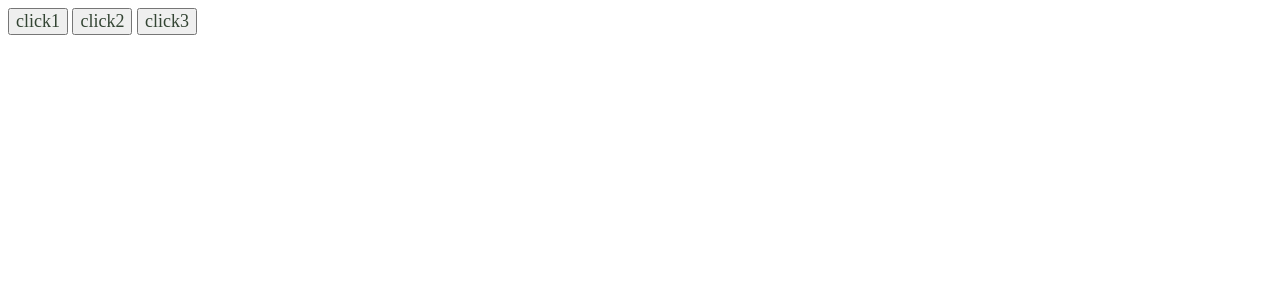
Repository: youngsik0405/Web-study
Page: JsonApp/WebContent/JsonTest07.html
The author's editor kept a copy of each file at every save. The page is drawn from the files as they stood at one save, then again after the next save.
The browser window is 1280 px wide. The pictures show the whole page.

Above is the page before, as saved 2025-02-05 02:36:35.

### JsonApp/WebContent/JsonTest07.html
<!DOCTYPE html>
<html>
<head>
<meta charset="UTF-8">
<title>JsonTest07.html</title>
<link rel="stylesheet" type="text/css" href="css/main.css">
<script type="text/javascript">

	var myJsonObject7 =
	[
		"test"
	]

	var myJsonObject7_1 =
	[
		"test1", "test2"
	]

	var myJsonObject7_2 =
	[
		"test1", "test2", 123, 123+1
	]

</script>


</head>
<body>

<form>

	<input type="button" value="click1" onclick="alert(myJsonObject7)">
	<!-- test -->

	<input type="button" value="click2" onclick="alert(myJsonObject7_1)">
	<!-- test1, test2 -->

	<input type="button" value="click3" onclick="alert(myJsonObject7_2)">
	<!-- test1, test2, 123, 124 -->

	<br><br>

</form>



</body>
</html>

### JsonApp/WebContent/css/main.css
@charset "UTF-8";

/* main.css */

*
{
	font-family: 맑은 고딕;
	color: #334433;
}

body, p, div, span, input, table, th, td, select
{
	font-size: 18px;
}

.control
{
	border: 1px solid gray;
	border-radius: 3px;
}

.table
{
	border-collapse: collapse;
	width: 100%;
}

.table th, .table td
{
	border: 1px solid gray;
	border-left: 0px;
	border-right: 0px;
	padding: 3px;
	line-height: 150%;
}

.table th
{
	font-weight: bold;
	background-color: #eeeeee;
}

.btn
{
	font-weight: bold;
}

.btn:hover
{
	color: white;
	background-color: #778877;
}

After the next save:
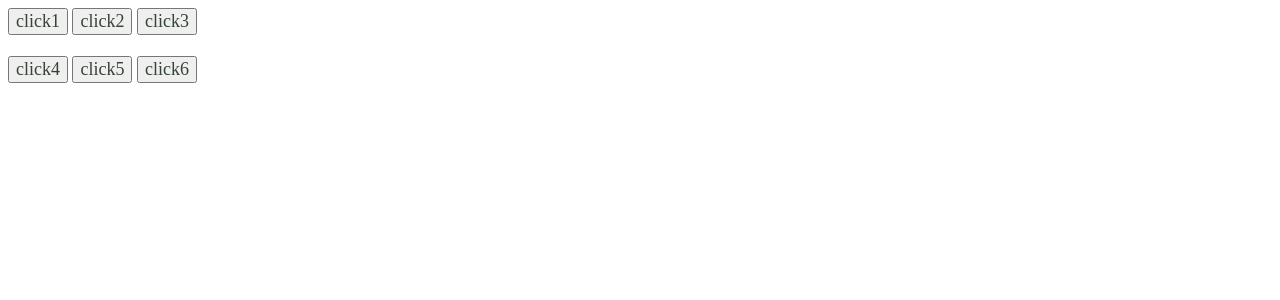
Saved 47 s later.
--- a/JsonApp/WebContent/JsonTest07.html
+++ b/JsonApp/WebContent/JsonTest07.html
@@ -40,6 +40,14 @@
 
 	<br><br>
 
+
+	<input type="button" value="click4" onclick="alert(typeof myJsonObject7)">
+
+	<input type="button" value="click5" onclick="alert(typeof myJsonObject7_1)">
+
+	<input type="button" value="click6" onclick="alert(typeof myJsonObject7_2)">
+
+
 </form>
 
 
